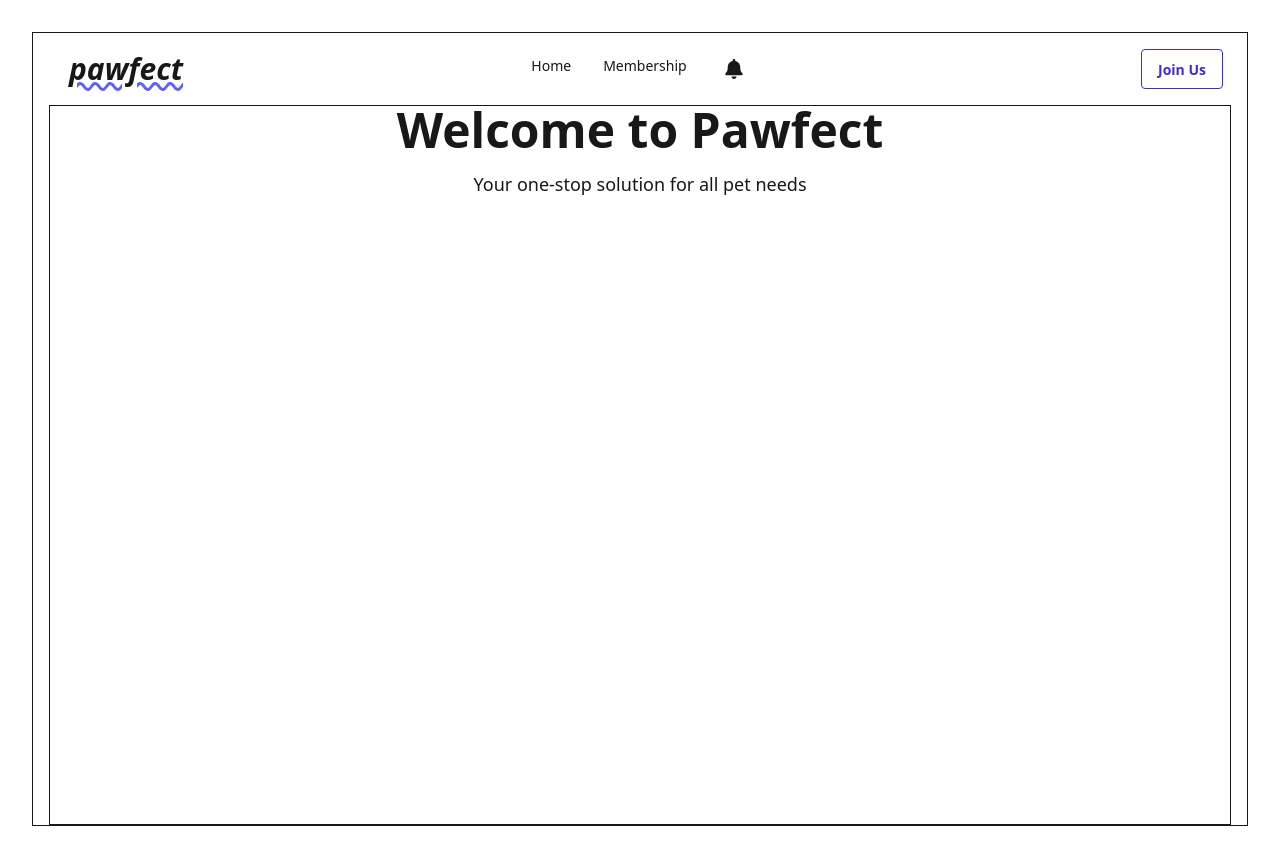
Repository: syedbayzid82849/DevForum_client_site
Page: /
These files come from the project's save history. The page is drawn as it stood at one moment and after a run of saves; the edit follows.
The browser window is 1280 px wide. The pictures show the whole page.
The project was rebuilt for these pictures with package versions that can differ from the ones it lists, and the page was loaded fresh each time. Also part of the build but not shown: vite.config.js, src/App.jsx, src/components/Navbar/JoinUsModal.jsx, src/pages/Authentication/Login.jsx, src/pages/Authentication/AuthLayout.jsx, src/pages/Authentication/Register.jsx.

Above is the page before, as saved 2025-07-08 22:44:37.

### src/main.jsx
import { StrictMode } from 'react'
import { createRoot } from 'react-dom/client'
import './index.css'
import App from './App.jsx'
import { RouterProvider } from 'react-router'
import router from './Routers/router.jsx'
import AuthProvider from './context/AuthProvider.jsx'

createRoot(document.getElementById('root')).render(
  <StrictMode>
    <AuthProvider>
      <RouterProvider router={router} />
    </AuthProvider>
  </StrictMode>,
)

### src/Routers/router.jsx
import React from 'react';
import { createBrowserRouter } from 'react-router';
import MainLayout from '../layouts/MainLayout/MainLayout';
import Login from '../pages/Authentication/Login';
import Home from '../pages/Home/Home';
import AuthLayout from '../pages/Authentication/AuthLayout';
import Register from '../pages/Authentication/Register';

const router = createBrowserRouter([
    {
        path: "/",
        element: <MainLayout></MainLayout>,
        children: [
            {
                index: true,
                element: <Home />,
            },
        ],
    },
    {
        path: "/",
        element: <AuthLayout />,
        children: [
            {
                path: "/login",
                element: <Login />,
            },
            {
                path: "/register",
                element: <Register />,
            },
        ],
    },
]);

export default router;

### src/context/AuthProvider.jsx
import React, { useEffect, useState } from 'react';
import { createUserWithEmailAndPassword, GithubAuthProvider, GoogleAuthProvider, onAuthStateChanged, signInWithEmailAndPassword, signInWithPopup, signOut, updateProfile } from "firebase/auth";
import { AuthContext } from '../context/AuthContext';
import { auth } from '../firebase/firebase.init';


const AuthProvider = ({ children }) => {
    const provider = new GoogleAuthProvider();
    // loading
    const [loading, setLoading] = useState(true);
    // user chack
    const [user, setUser] = useState(null);
    console.log(user);

    // create user with name, email, password, photoURL
    const createUserWithEP = (email, password) => {
        setLoading(true);
        return createUserWithEmailAndPassword(auth, email, password)
    }

    // log in user with email and password
    const loginUserWithEP = (email, password) => {
        setLoading(true);
        return signInWithEmailAndPassword(auth, email, password)
    }

    // sign in with google
    const userWithGoogle = () => {
        setLoading(true);
        return signInWithPopup(auth, provider)
    }


    // update user profile (new function)
    const updateUserProfile = (name, photo) => {
        setLoading(true);
        return updateProfile(auth.currentUser, {
            displayName: name,
            photoURL: photo
        });
    }

    // sign out user
    const signOutUser = () => {
        setLoading(true);
        return signOut(auth);
    }

    // // get all courses from the server
    // const getAllCourses = () => {
    //     setLoading(true);
    //     return axios.get('https://academix-hub-server.vercel.app/all-course')
    //         .then(response => {
    //             setLoading(false);
    //             return response.data;
    //         })
    //         .catch(error => {
    //             console.error("Error fetching courses:", error);
    //             throw error;
    //         });
    // }

    // user check
    useEffect(() => {
        const unsubscribe = onAuthStateChanged(auth, (currentUser) => {
            setUser(currentUser);
            setLoading(false);
        });
        return () => unsubscribe();
    }, []);



    const authInformation = {
        user,
        setUser,
        loading,
        setLoading,
        createUserWithEP,
        loginUserWithEP,
        userWithGoogle,
        updateUserProfile,
        signOutUser,
    };
    return (
        <AuthContext.Provider value={authInformation}>
            {children}
        </AuthContext.Provider>
    );
};

export default AuthProvider;

### src/layouts/MainLayout/MainLayout.jsx
import React from 'react';
import Navbar from '../../components/Navbar/Navbar';
import { Outlet } from 'react-router';

const MainLayout = () => {
    return (
        <div className=" mx-auto flex flex-col px-4 border">
            <Navbar />

            <main className="flex-1">
                <Outlet />
            </main>

            {/* <Footer /> */}
        </div>
    );
};

export default MainLayout;

### src/pages/Home/Home.jsx
import React from 'react';
import HeroSection from './HeroSection';

const Home = () => {
    return (
        <div className='min-h-screen max-w-7xl mx-auto flex flex-col px-4 border'>
            <HeroSection />
        </div>
    );
};

export default Home;

### src/firebase/firebase.init.js
// Import the functions you need from the SDKs you need
import { initializeApp } from "firebase/app";
import { getAuth } from "firebase/auth";

// TODO: Add SDKs for Firebase products that you want to use
// https://firebase.google.com/docs/web/setup#available-libraries

// Your web app's Firebase configuration
const firebaseConfig = {
    apiKey: import.meta.env.VITE_apiKey, // Use VITE_ prefix for environment variables in Vite
    authDomain: import.meta.env.VITE_authDomain, // Use VITE_ prefix for environment variables in Vite
    projectId: import.meta.env.VITE_projectId, // Use VITE_ prefix for environment variables in Vite
    storageBucket: import.meta.env.VITE_storageBucket, // Use VITE_ prefix for environment variables in Vite
    messagingSenderId: import.meta.env.VITE_messagingSenderId, // Use VITE_ prefix for environment variables in Vite
    appId: import.meta.env.VITE_appId // Use VITE_ prefix for environment variables in Vite
};

// Initialize Firebase
const app = initializeApp(firebaseConfig);


// Initialize Firebase Authentication and get a reference to the service
export const auth = getAuth(app);

### src/components/Navbar/Navbar.jsx
import { Link, NavLink } from "react-router";
import { FaBell, FaBars } from "react-icons/fa";
import { FiLogOut } from "react-icons/fi";
import { MdDashboard } from "react-icons/md";
import JoinUsModal from "./JoinUsModal";
import React, { useContext } from "react";
import { AuthContext } from "../../context/AuthContext";

const Navbar = () => {
    const { user , logOut } = useContext(AuthContext);
    // logout system
    const handleLogOut = () => {
        console.log("Logout clicked");
        logOut();
    };
    const navItems = (
        <>
            <li>
                <NavLink to="/" className="font-medium">Home</NavLink>
            </li>
            <li>
                <NavLink to="/membership" className="font-medium">Membership</NavLink>
            </li>
            {user && (
                <>
                    <li>
                        <NavLink to="/dashboard" className="font-medium flex items-center gap-1">
                            <MdDashboard />
                            Dashboard
                        </NavLink>
                    </li>
                    <li>
                        <button onClick={() => handleLogOut()} className="font-medium flex items-center gap-1">
                            <FiLogOut />
                            Logout
                        </button>
                    </li>
                </>
            )}
            <li>
                <button className="btn btn-ghost text-xl">
                    <FaBell />
                </button>
            </li>
        </>
    );
    const [isModalOpen, setIsModalOpen] = React.useState(false);


    return (
        <>
            <div className="bg-base-100 w-full shadow-neutral-500 ">
                <div className="navbar max-w-7xl mx-auto ">

                    {/* Navbar Start */}
                    <div className="navbar-start flex items-center gap-2">
                        {/* Hamburger Menu (Mobile only) */}
                        <div className="dropdown">
                            <div tabIndex={0} className="btn btn-ghost pl-2 lg:hidden">
                                <FaBars className="text-xl" />
                            </div>
                            <ul
                                tabIndex={0}
                                className="menu menu-sm dropdown-content mt-3 z-[50] p-3 shadow bg-base-100 rounded-box w-52 space-y-1"
                            >
                                {navItems}
                            </ul>
                        </div>

                        {/* Logo - large screen only */}
                        <Link to="/" className="hidden lg:flex justify-center items-center ml-1">
                            <span className="text-3xl font-semibold italic underline decoration-wavy decoration-indigo-500">
                                pawfect
                            </span>
                        </Link>
                    </div>

                    {/* Logo - small screen only */}
                    <div className="navbar-center lg:hidden">
                        <Link to="/" className="ml-2">
                            <span className="text-3xl font-semibold italic underline decoration-wavy decoration-indigo-500">
                                pawfect
                            </span>
                        </Link>
                    </div>

                    {/* Large screen nav menu */}
                    <div className="navbar-center hidden lg:flex">
                        <ul className="menu menu-horizontal px-1 space-x-2">{navItems}</ul>
                    </div>

                    {/* Navbar End - Profile Dropdown */}
                    <div className="navbar-end">
                        {user ? (
                            // Logged-in view: show profile dropdown
                            <div className="dropdown dropdown-end">
                                <div tabIndex={0} className="btn btn-circle avatar online">
                                    <img
                                        src={user.photoURL || "/src/assets/user-default.jpg"}
                                        alt="Profile"
                                        className="rounded-full w-10 h-10"
                                    />
                                </div>
                                <ul
                                    tabIndex={0}
                                    className="mt-3 z-[50] p-2 shadow menu menu-sm dropdown-content bg-base-100 rounded-box w-52"
                                >
                                    <li>
                                        <p className="text-sm text-center font-semibold">
                                            {user.displayName}
                                        </p>
                                    </li>
                                    <li>
                                        <Link to="/dashboard">
                                            <MdDashboard />
                                            Dashboard
                                        </Link>
                                    </li>
                                    <li>
                                        <button onClick={() => handleLogOut()} className="flex items-center gap-1">
                                            <FiLogOut />
                                            Logout
                                        </button>
                                    </li>
                                </ul>
                            </div>
                        ) : (
                            // Not logged in: show Join Us button
                            <button
                                onClick={() => setIsModalOpen(true)}
                                className="btn btn-outline btn-primary ">
                                Join Us
                            </button>
                        )}
                    </div>
                </div>
            </div>
            {/* Join Us Modal */}
            {isModalOpen && <JoinUsModal closeModal={() => setIsModalOpen(false)} />}
        </>
    );
};

export default Navbar;

### src/pages/Home/HeroSection.jsx
import React from 'react';

const HeroSection = () => {
    return (
        <div>
            <h1 className="text-5xl font-bold">Welcome to Pawfect</h1>
            <p className="mt-4 text-lg">Your one-stop solution for all pet needs</p>
        </div>
    );
};

export default HeroSection;

Loaded but not shown: index.html (common file); src/index.css (common file); src/App.css (common file); src/context/AuthContext.jsx (common file)

After the next 5 saves:
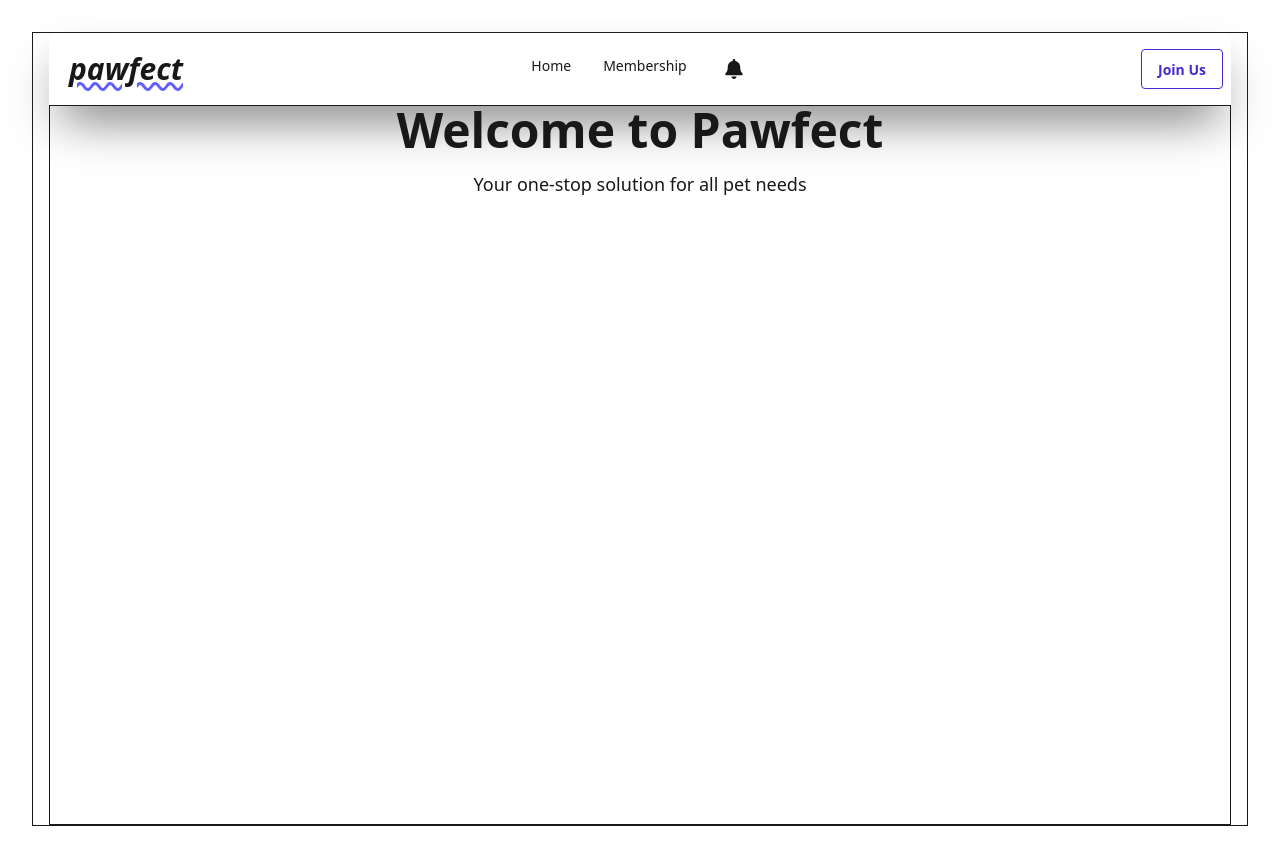
The 5 saves are shown as one change because they came seconds apart.
The last was saved 18 s later.
--- a/src/components/Navbar/Navbar.jsx
+++ b/src/components/Navbar/Navbar.jsx
@@ -49,7 +49,7 @@ const Navbar = () => {
 
     return (
         <>
-            <div className="bg-base-100 w-full shadow-neutral-500 ">
+            <div className="bg-base-100 w-full shadow-2xl shadow-neutral-500 ">
                 <div className="navbar max-w-7xl mx-auto ">
 
                     {/* Navbar Start */}
